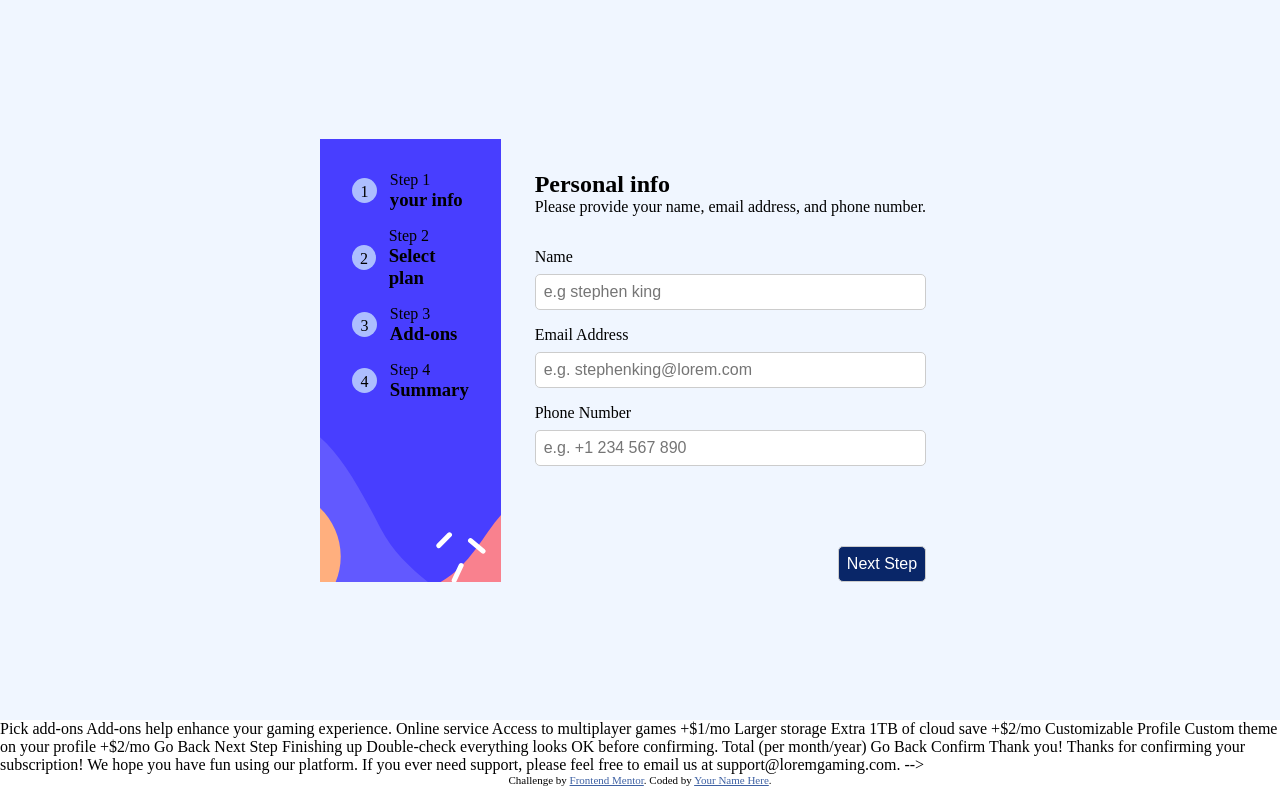
Repository: reemoon-ctrl/reemoon-ctrl.github.io
Page: index.html
The author's editor kept a copy of each file at every save. The page is drawn from the files as they stood at one save, then again after the next save.
The browser window is 1280 px wide. The pictures show the whole page.

Above is the page before, as saved 2025-04-29 09:42:18.

### index.html
<!DOCTYPE html>
<html lang="en">

<head>
  <meta charset="UTF-8">
  <meta name="viewport" content="width=device-width, initial-scale=1.0">
  <!-- displays site properly based on user's device -->

  <link rel="icon" type="image/png" sizes="32x32" href="./assets/images/favicon-32x32.png">
  <link rel="stylesheet" href="./style.css">
  <title>Frontend Mentor | Multi-step form</title>

  <!-- Feel free to remove these styles or customise in your own stylesheet 👍 -->
  <style>
    .attribution {
      font-size: 11px;
      text-align: center;
    }

    .attribution a {
      color: hsl(219, 45%, 44%);
    }
  </style>
</head>

<body>
  <div class="containerCenter">
    <div class="container">
      <div class="sidebar">
        <ul class="sidebarList">
          <li class="sidebar_ele">
            <div>1</div>
            <div>
              <p>Step 1</p>
              <h3>your info</h3>
            </div>
          </li>
          <li class="sidebar_ele">
            <div>2</div>
            <div>
              <p> Step 2</p>
              <h3>Select plan</h3>
            </div>

          </li>
          <li class="sidebar_ele">
            <div>3</div>
            <div>
              <p>Step 3</p>
              <h3>Add-ons</h3>
            </div>
          </li>
          <li class="sidebar_ele">
            <div>4</div>
            <div>
              <p>Step 4</p>
              <h3>Summary</h3>
            </div>

          </li>
        </ul>
      </div>
      <div class="main">
        <div class="formHeader">
          <h2>Personal info</h2>
          <p>Please provide your name, email address, and phone number.
          </p>
        </div>
        <form class="formContainer">
          <div class="formLabelInput">
            <label for="name">Name</label>
            <input type="text" id="name" name="name" placeholder="e.g stephen king">
          </div>
          <div class="formLabelInput">
            <label for="email">Email Address</label>
            <input type="email" id="email" name="email" placeholder="e.g. stephenking@lorem.com">
          </div>
          <div class="formLabelInput">
            <label for="phone">Phone Number</label>
            <input type="tel" name="phone number" placeholder="e.g. +1 234 567 890">
          </div>
          <div id="nextStep">
            <!-- <label for="username">Username:</label> -->
            <button type="button" id="nextStepbtn" name="next step">Next Step</button>
          </div>
        </form>

        <!-- Step 1 end -->
      </div>

    </div>
  </div>

  <!-- Sidebar start -->



  <!-- Sidebar end -->



  <!-- Step 2 start -->
  <!--
  Select your plan
  You have the option of monthly or yearly billing.

  Arcade
  $9/mo

  Advanced
  $12/mo

  Pro
  $15/mo

  Monthly
  Yearly

  Go Back
  Next Step

  <!-- Step 2 end -->

  <!-- Step 3 start -->

  Pick add-ons
  Add-ons help enhance your gaming experience.

  Online service
  Access to multiplayer games
  +$1/mo

  Larger storage
  Extra 1TB of cloud save
  +$2/mo

  Customizable Profile
  Custom theme on your profile
  +$2/mo

  Go Back
  Next Step

  <!-- Step 3 end -->

  <!-- Step 4 start -->

  Finishing up
  Double-check everything looks OK before confirming.

  <!-- Dynamically add subscription and add-on selections here -->

  Total (per month/year)

  Go Back
  Confirm

  <!-- Step 4 end -->

  <!-- Step 5 start -->

  Thank you!

  Thanks for confirming your subscription! We hope you have fun
  using our platform. If you ever need support, please feel free
  to email us at support@loremgaming.com. -->

  <!-- Step 5 end -->

  <div class="attribution">
    Challenge by <a href="https://www.frontendmentor.io?ref=challenge" target="_blank">Frontend Mentor</a>.
    Coded by <a href="#">Your Name Here</a>.
  </div>
</body>

</html>

### style.css
*{
    padding: 0;
    margin: 0;
    box-sizing:border-box;
}
.container{
    /* background: #ffffff; */
    display: grid;
    grid-template-columns: 1fr 3fr;
    /* padding: 1rem; */
    width:50%;
    height: 50%;
    align-items: center;
    justify-content: center;
    align-content: center;;
    justify-items:center ;
    /* margin-top: 25%; */
}
.containerCenter{
    height:100vh;
    display: flex;
    justify-content: center;
    align-items: center;
    align-content: center;
    background-color: #f0f6ff;

}
.main{
    padding: 2rem 2rem 0 2rem;
    display: grid;
}
.sidebar{
    height:100% ;
    padding: 2rem;
    background:no-repeat url(./assets/images/bg-sidebar-desktop.svg) center ;
}
.sidebarList{
    list-style: none;
    display: flex;
    flex-direction: column;
    gap: 1rem;
    justify-content: space-between;
    /* height: 100%; */
}
.sidebar_ele{
    display: flex;
    /* align-content:stretch; */
    gap: .8rem;
    align-items: center;
}
.sidebar_ele>div:first-child{
    width: 25px;
    height:25px;
    background-color: #adbeff;
    border: 1px bold white;
    border-radius: 50%;
    text-align: center;
    padding: 5px;
}
.formContainer{
    display: grid;
    grid-template-columns:1fr ;
    gap:1rem ;
}
.formHeader{
    padding-bottom: 2rem;
}
.formLabelInput{
    display: flex;
    flex-direction: column;
    gap:.5rem;
}
#nextStep{
    display: flex;
    justify-content:flex-end;
    align-items: center;
    /* background-color: #bff2f6; */
    padding-top: 4rem;
}
#nextStepbtn{
    padding: .5rem;
    border-radius: 5px;
    border: 1px solid #ccc;
    background-color: #092668;
    color: #fff;
    font-size: 1rem;
    /* color: #333; */
    cursor: pointer;
}
.formLabelInput>input{
    padding: .5rem;
    border-radius: 5px;
    border: 1px solid #ccc;
    background-color: #fff;
    font-size: 1rem;
    color: #333;
}

After the next save:
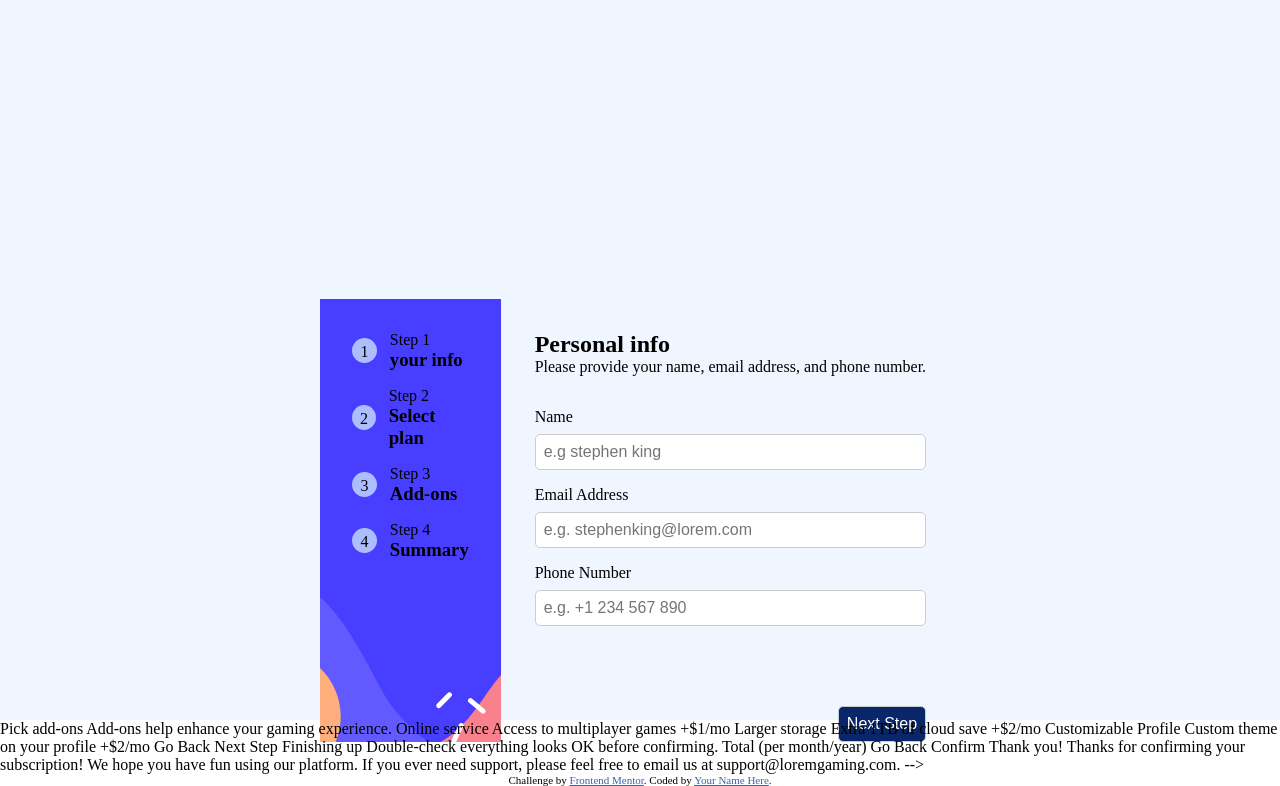
Saved 18 s later.
--- a/style.css
+++ b/style.css
@@ -14,7 +14,7 @@
     justify-content: center;
     align-content: center;;
     justify-items:center ;
-    /* margin-top: 25%; */
+    margin-top: 25%;
 }
 .containerCenter{
     height:100vh;

After the 3 saves that followed:
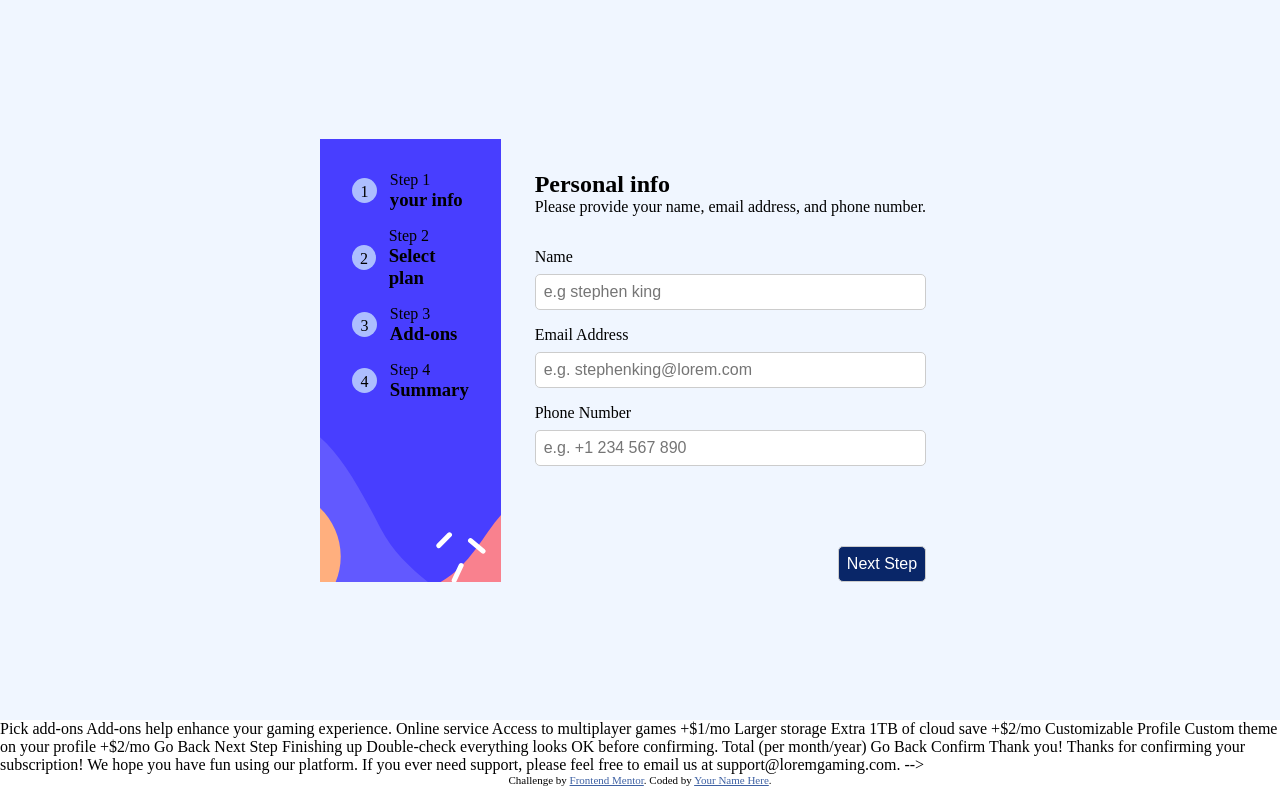
The 3 saves are shown as one change because they came seconds apart.
The last was saved 41 s later.
--- a/style.css
+++ b/style.css
@@ -14,7 +14,7 @@
     justify-content: center;
     align-content: center;;
     justify-items:center ;
-    margin-top: 25%;
+    /* margin-top: 25%; */
 }
 .containerCenter{
     height:100vh;
